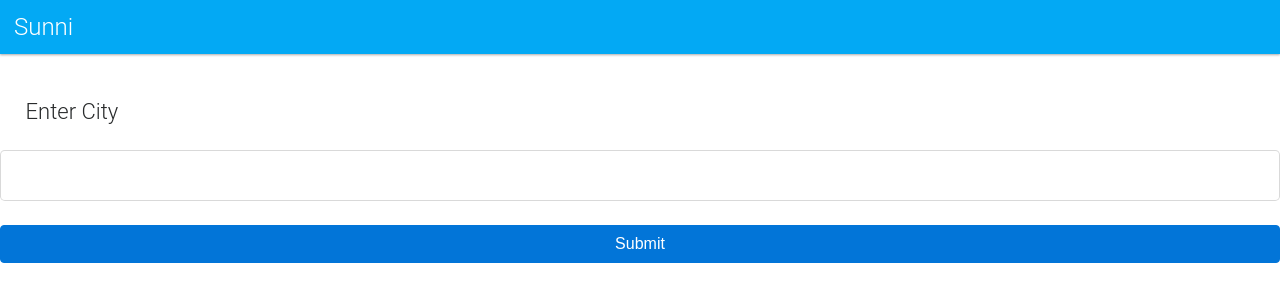
Repository: Oakga/Weather_app
Page: index.html
The author's editor kept a copy of each file at every save. The page is drawn from the files as they stood at one save, then again after the next save.
The browser window is 1280 px wide. The pictures show the whole page.

Above is the page before, as saved 2017-09-22 05:06:51.

After the next save:
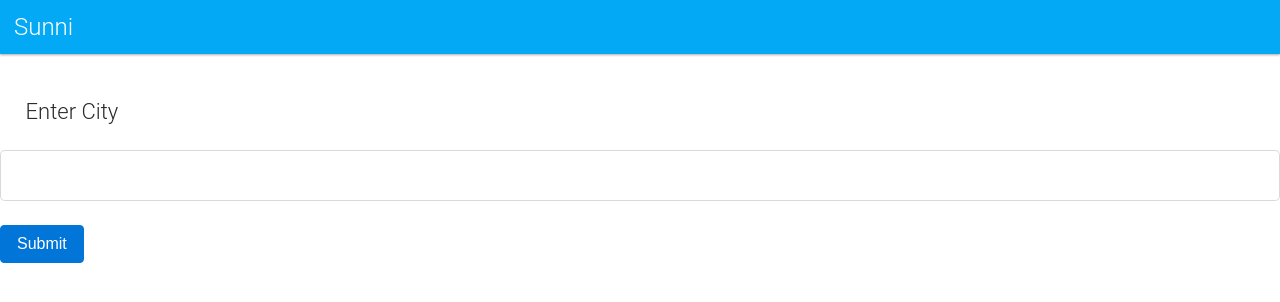
Saved 13 s later.
--- a/index.html
+++ b/index.html
@@ -15,7 +15,7 @@
         <form id="location-form">
             <input type="text" id="location-input" class="form-control form-control-lg "/>
             <br>
-            <button type="submit" class="btn btn-primary btn-block">Submit</button>
+            <button type="submit" class="btn btn-primary">Submit</button>
           </form>
         <div id="formatted-address"></div>
         <div id="geometry-component"></div>
